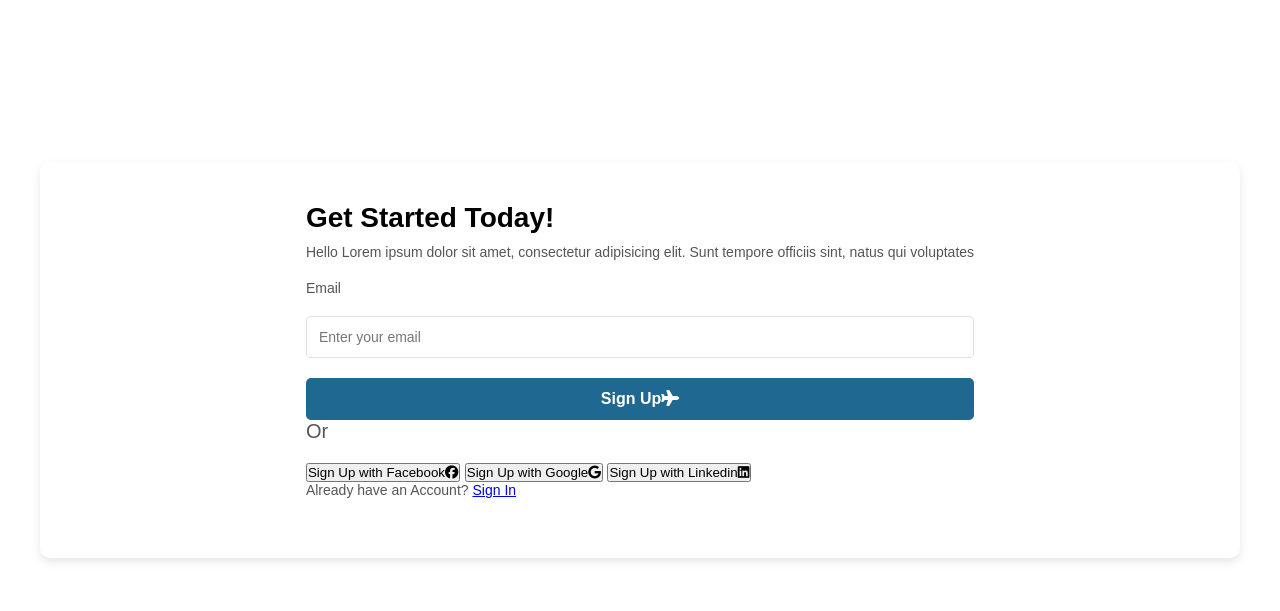
Repository: Femi007-gh/Login-V2
Page: index.html
The author's editor kept a copy of each file at every save. The page is drawn from the files as they stood at one save, then again after a run of saves.
The browser window is 1280 px wide. The pictures show the whole page.

Above is the page before, as saved 2025-01-27 07:08:16.

### index.html
<html>
    <head>
        <title></title>
  <link rel="stylesheet" href="style.css">
  <link rel="stylesheet" href="https://cdnjs.cloudflare.com/ajax/libs/font-awesome/6.5.0/css/all.min.css">
    </head>
    <body>
        <div class="container">
            <div class="left-session">
                <div class="form-container">
                    <h1>Get Started Today!</h1>
                    <p> Hello Lorem ipsum dolor sit amet, consectetur adipisicing elit. Sunt tempore officiis sint, natus qui voluptates </p>
                    <form>
                        <div class="input-group">
                            <p>Email</p>
                            <input type="email" id="email" placeholder="Enter your email" required>
                        </div>
                        <button class="primary-btn" type="submit">Sign Up<i class="fa-solid fa-plane"></i></button>
                    </form>
                    <p class="divider">Or</p>
                    <div class="social-buttons">
                        <button class="social-buttons-facebook-btn">
                            Sign Up with Facebook<i class="fa-brands fa-facebook"></i>
                        </button>
                        <button class="social-buttons-google-btn">
                            Sign Up with Google<i class="fa-brands fa-google"></i>
                        </button>
                        <button class="social-buttons-Linkedin-btn">
                            Sign Up with Linkedin<i class="fa-brands fa-linkedin"></i>
                        </button>
                    </div>
                    <p>Already have an Account? <a href="#">Sign In</a></p>
                </div>
            </div>
            <div class="right-section"></div>
        </div>
    </body>
</html>

### style.css
* {
   padding: 0;
   margin: 0;
   box-sizing: border-box;
}

body {
    font-family: sans-serif;
    background-color: #fff;
    display: flex;
    justify-content: center;
    align-items: center;
}

.container {
  display: flex;
  max-width: 1200px;
  width: 100%;
  background-color: #fff;
  border-radius: 10px;
  overflow: hidden;
  box-shadow: 0 4px 10px rgba(0, 0, 0, 0.1);
}

.left-session {
  flex: 1;
  padding: 40px;
  display: flex;
  justify-content: center;
  align-items: center;
}

h1 {
  font-size: 28px;
  font-weight: bold;
  margin-bottom: 10px;
}

p {
  font-size: 14px;
  color: #555;
  margin-bottom: 20px;
}

.input-group {
  margin-bottom: 20px;
}

.input-group input {
  width: 100%;
  padding: 12px;
  font-size: 14px;
  border: 1px solid #dddd;
  border-radius: 5px;
}

.primary-btn {
  width: 100%;
  padding: 12px;
  background-color: #1F6891;
  color: white;
  border: none;
  border-radius: 5px;
  font-size: 16px;
  font-weight: bold;
  cursor: pointer;
}

.primary-btn:hover {
  background-color: #005a8c;
}

.divider {
  font-size: 20px;
  color:
}

After the next 8 saves:
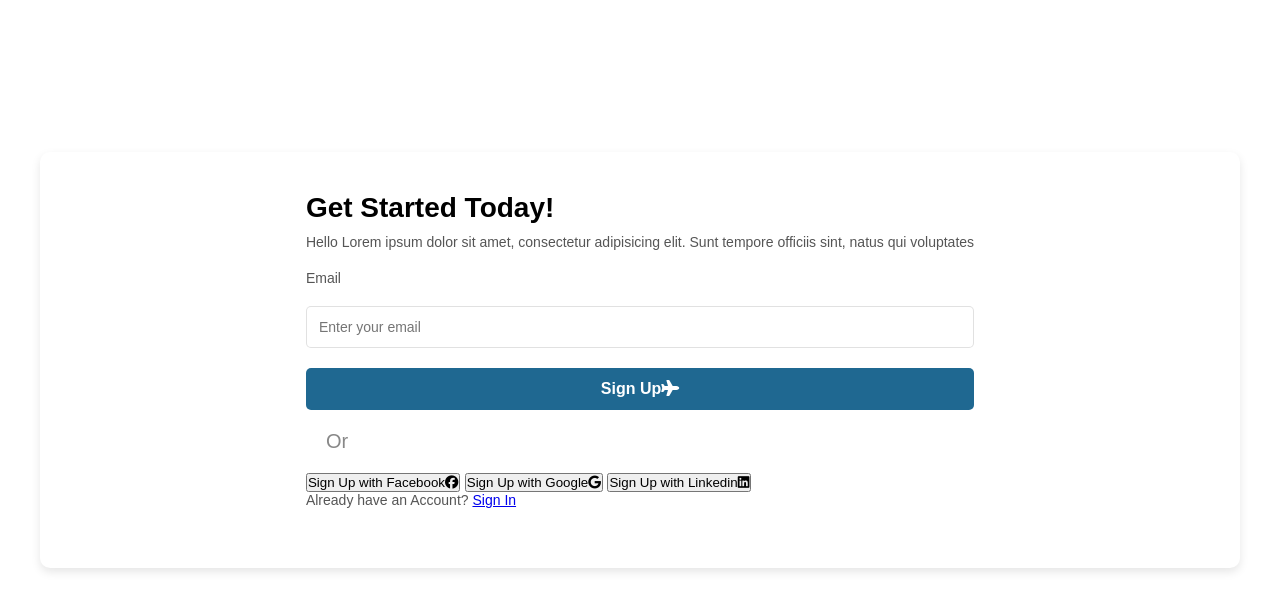
The 8 saves are shown as one change because they came seconds apart.
The last was saved 21 s later.
--- a/style.css
+++ b/style.css
@@ -72,5 +72,6 @@ p {
 
 .divider {
   font-size: 20px;
-  color:
+  color: #888;
+  margin: 20px
 }
